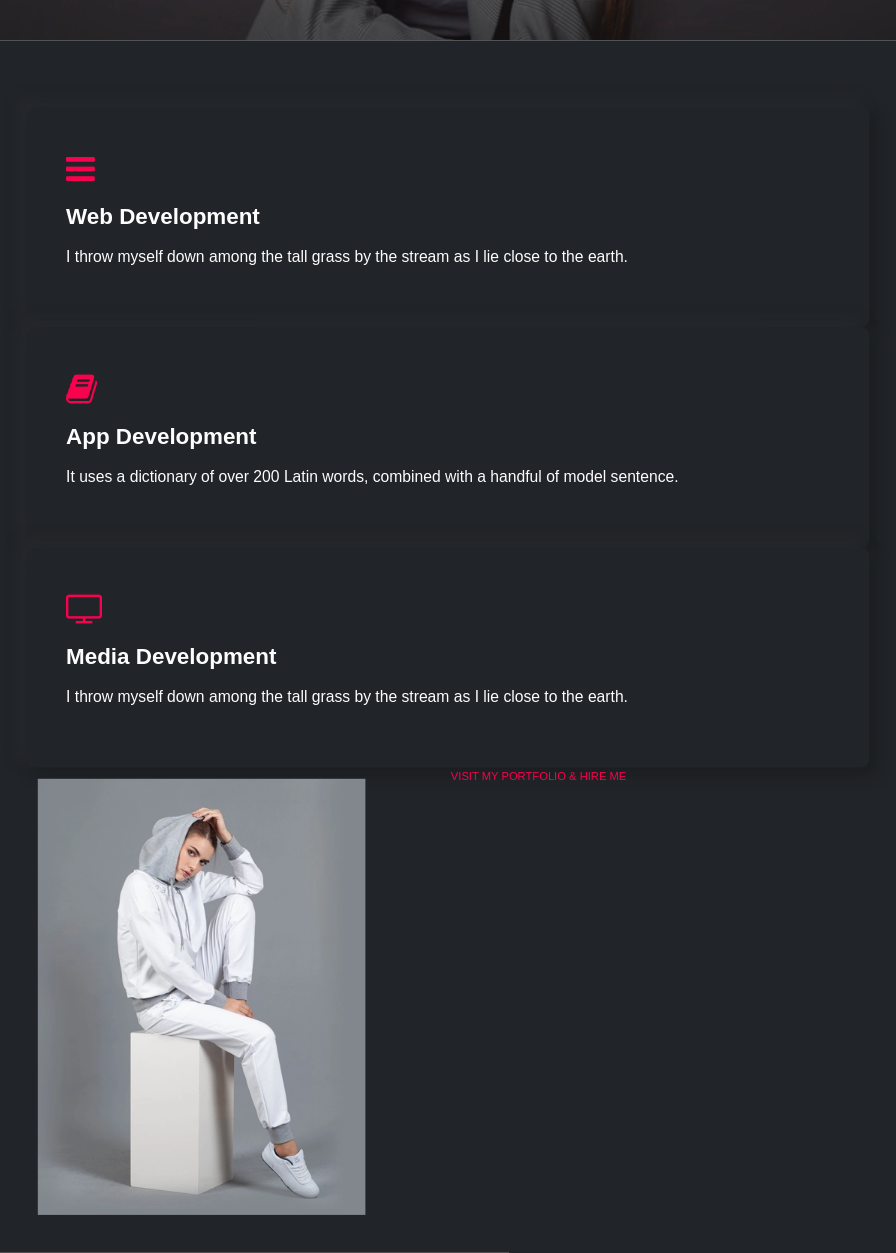
Repository: arminprogramme/inbio
Page: /
An editor plug-in stored every save of this project. The page is shown before and after the next save, followed by the edit.
The browser window is 1280 px wide. The pictures show the part of the page from y = 811 to 2731 px (the page is 2601 px tall before and 2731 px after), at 70% of full size.
Some web libraries are served in a nearby version. The project was rebuilt for these pictures with package versions that can differ from the ones it lists, and the page was loaded fresh each time. Also part of the build but not shown: vite.config.js.

Above is the page before, as saved 2023-10-20 03:17:10.

After the next save:
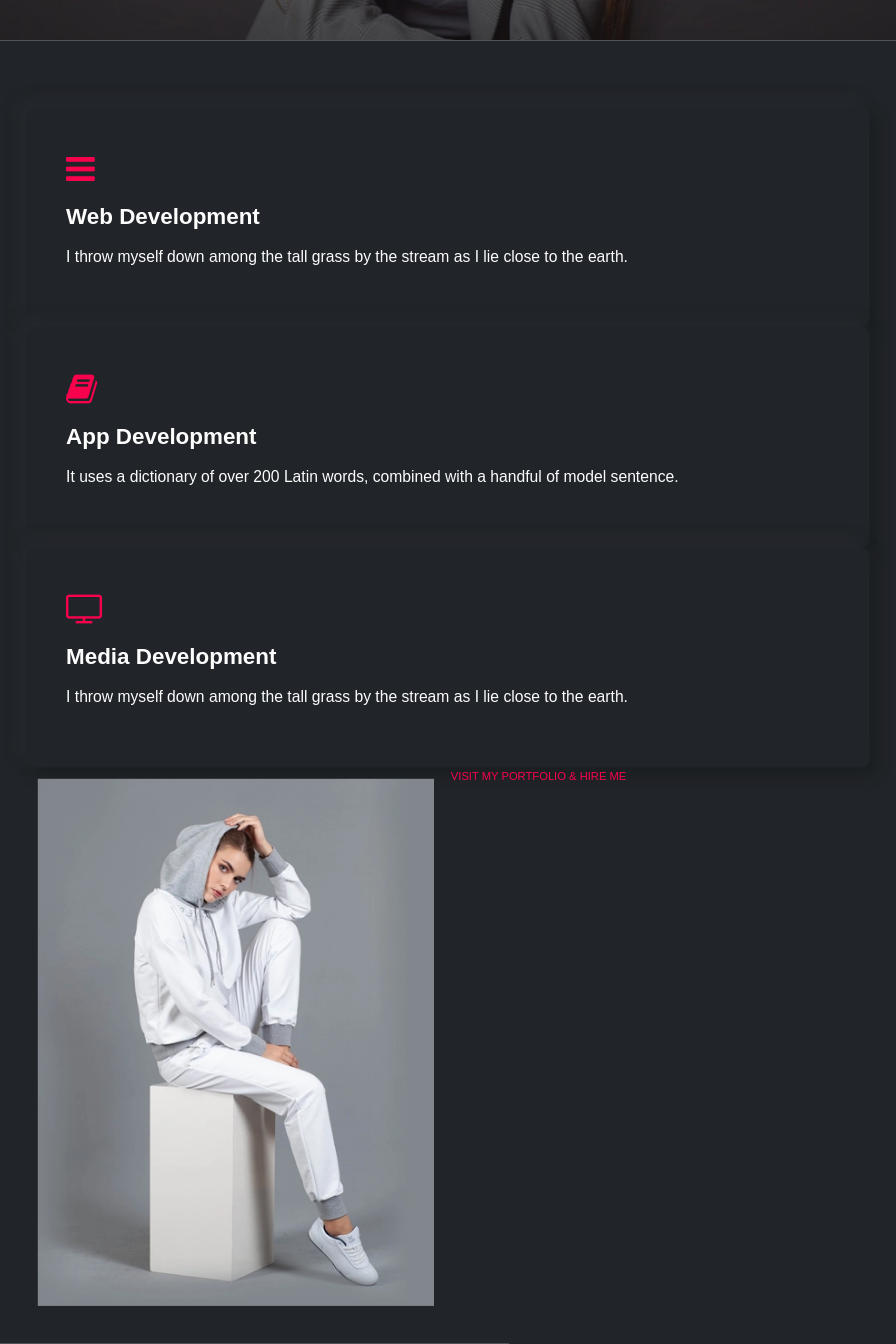
Saved 25 s later.
--- a/src/Component/Body/About/About.css
+++ b/src/Component/Body/About/About.css
@@ -2,7 +2,7 @@
 .img-about {
     padding: 0.5rem;
     border-radius: 5px;
-    max-width: 500px;
+    max-width: 100%;
     -webkit-border-radius: 5px;
     -moz-border-radius: 5px;
     -ms-border-radius: 5px;
